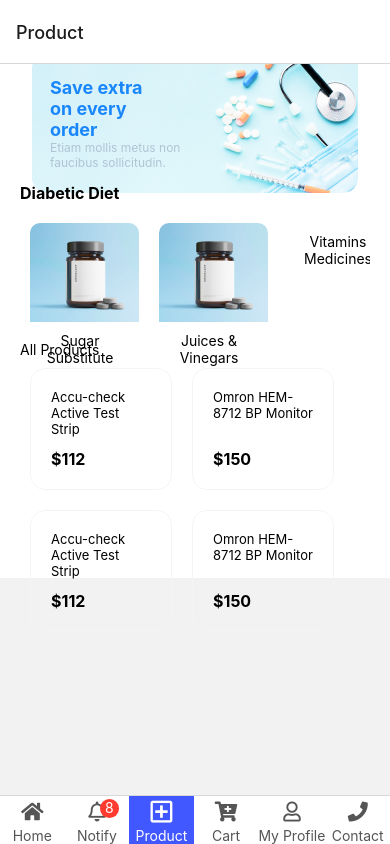
Repository: ntu34543/designReactNative
Screen: /Product
An editor plug-in stored every save of this project. The screen is shown before and after a run of saves, followed by the edit.
Pictures or frames that could not be fetched are drawn as grey boxes. An inner scrolling area shows only its first screen. The app was drawn by React Native's web renderer in a window 390 px wide. The project was rebuilt for these pictures with package versions that can differ from the ones it lists, and the page was loaded fresh each time. Some packages were replaced by stand-ins written for this rebuild. Also part of the build but not shown: page/Profile.js, page/Notify.js, page/Cart.js, environments.ts, page/Contact.js.

Above is the screen before, as saved 2022-11-07 21:45:29.

After the next 3 saves:
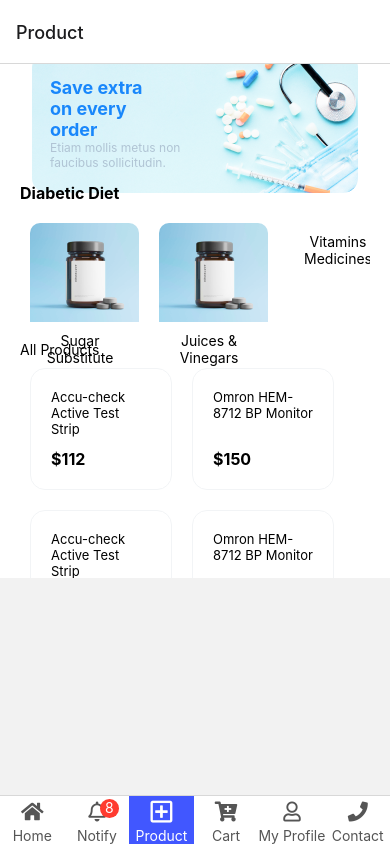
The 3 saves are shown as one change because they came seconds apart.
The last was saved 12 s later.
--- a/page/DiabetesCare.js
+++ b/page/DiabetesCare.js
@@ -27,11 +27,13 @@ export default function DiabetesCare({ navigation }) {
 
   return (
     <SafeAreaView>
-      <View style={styles.body}>
-        <Banner />
-        <TopProduct />
-        <Product />
-      </View>
+      <ScrollView>
+        <View style={styles.body}>
+          <Banner />
+          <TopProduct />
+          <Product />
+        </View>
+      </ScrollView>
     </SafeAreaView>
   );
 }
